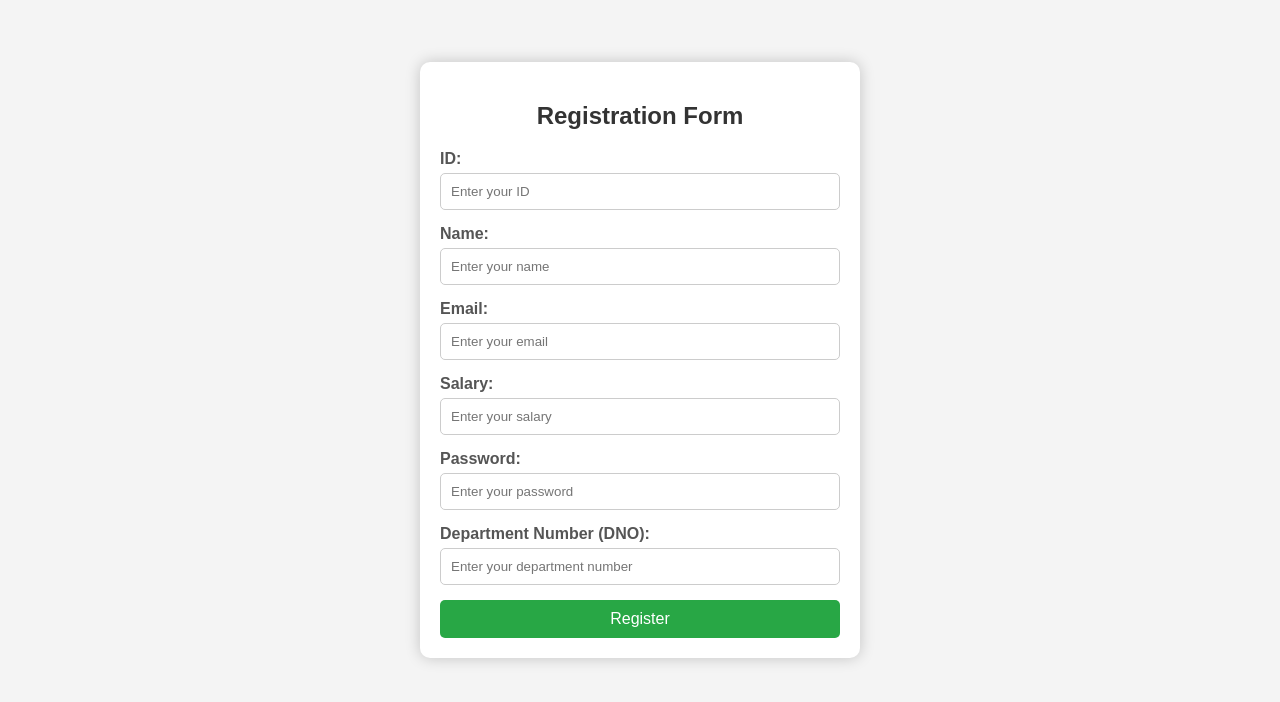
Repository: yhemachandra/ems
Page: http://localhost/ems/reg.jsp
These files come from the project's save history. The page is drawn as it stood at one moment and after the next save; the edit follows.
The browser window is 1280 px wide. The pictures show the whole page.
The page is served by Tomcat 9. Other server files are loaded and not shown.

Above is the page before, as saved 2024-10-18 06:53:30.

### ems/src/main/webapp/reg.jsp
<%@ page language="java" contentType="text/html; charset=UTF-8"
    pageEncoding="UTF-8"%>
<!DOCTYPE html>
<html>
<head>
<meta charset="UTF-8">
<title>Insert title here</title>
<style>
body {
            font-family: Arial, sans-serif;
            background-color: #f4f4f4;
            display: flex;
            justify-content: center;
            align-items: center;
            height: 100vh;
            margin: 0;
        }

        .registration-form {
            background-color: #fff;
            padding: 20px;
            border-radius: 10px;
            box-shadow: 0 0 15px rgba(0, 0, 0, 0.2);
            max-width: 400px;
            width: 100%;
        }

        .registration-form h2 {
            text-align: center;
            margin-bottom: 20px;
            color: #333;
        }

        .registration-form label {
            font-weight: bold;
            display: block;
            margin-bottom: 5px;
            color: #555;
        }

        .registration-form input[type="text"],
        .registration-form input[type="email"],
        .registration-form input[type="number"],
        .registration-form input[type="password"] {
            width: 100%;
            padding: 10px;
            margin-bottom: 15px;
            border: 1px solid #ccc;
            border-radius: 5px;
            box-sizing: border-box;
        }

        .registration-form button {
            width: 100%;
            padding: 10px;
            background-color: #28a745;
            color: white;
            border: none;
            border-radius: 5px;
            font-size: 16px;
            cursor: pointer;
        }

        .registration-form button:hover {
            background-color: #218838;
        }
    </style>
</head>
<body>

    <form class="registration-form" action="#" method="POST">
        <h2>Registration Form</h2>

        <label for="id">ID:</label>
        <input type="text" id="id" name="id" placeholder="Enter your ID" required>

        <label for="name">Name:</label>
        <input type="text" id="name" name="name" placeholder="Enter your name" required>

        <label for="email">Email:</label>
        <input type="email" id="email" name="email" placeholder="Enter your email" required>

        <label for="salary">Salary:</label>
        <input type="number" id="salary" name="salary" placeholder="Enter your salary" required>

        <label for="password">Password:</label>
        <input type="password" id="password" name="password" placeholder="Enter your password" required>

        <label for="dno">Department Number (DNO):</label>
        <input type="number" id="dno" name="dno" placeholder="Enter your department number" required>

        <button type="submit">Register</button>
    </form>

</body>
</html>

After the next save:
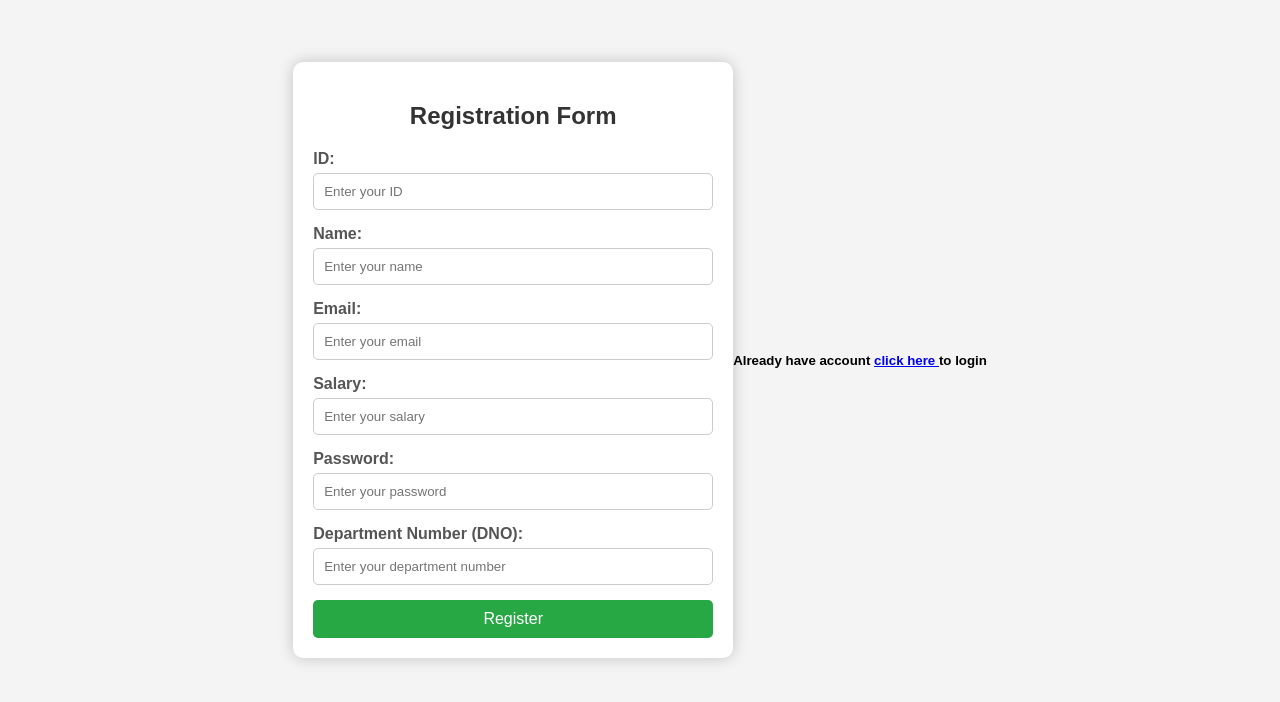
Saved 74 s later.
--- a/ems/src/main/webapp/reg.jsp
+++ b/ems/src/main/webapp/reg.jsp
@@ -91,6 +91,6 @@ body {
 
         <button type="submit">Register</button>
     </form>
-
+	<h5>Already have account <a href="login.jsp">click here </a> to login</h5>
 </body>
 </html>
